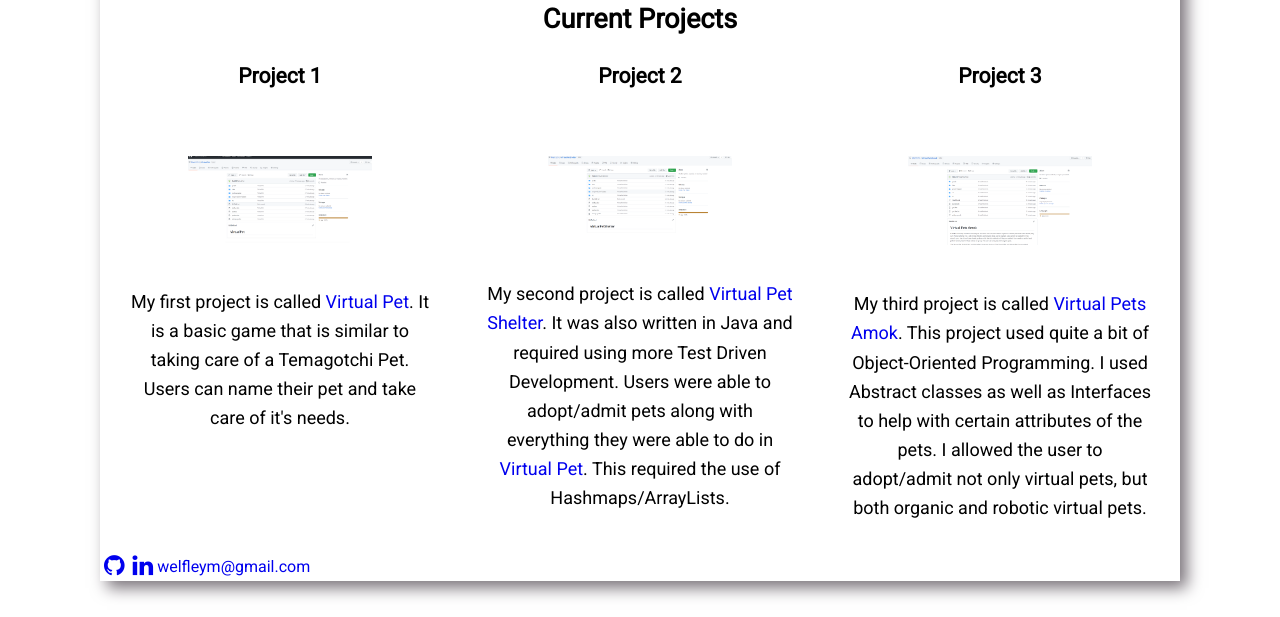
Repository: Matt1218/Matt1218.github.io
Page: index.html
The author's editor kept a copy of each file at every save. The page is drawn from the files as they stood at one save, then again after the next save.
The browser window is 1280 px wide. The pictures show the part of the page from y = 565 to 1192 px (the page is 1182 px tall before and 1192 px after).
A picture or video elsewhere on the page could not be fetched, so the positions and the page height are approximate.

Above is the page before, as saved 2022-03-21 15:13:35.

After the next save:
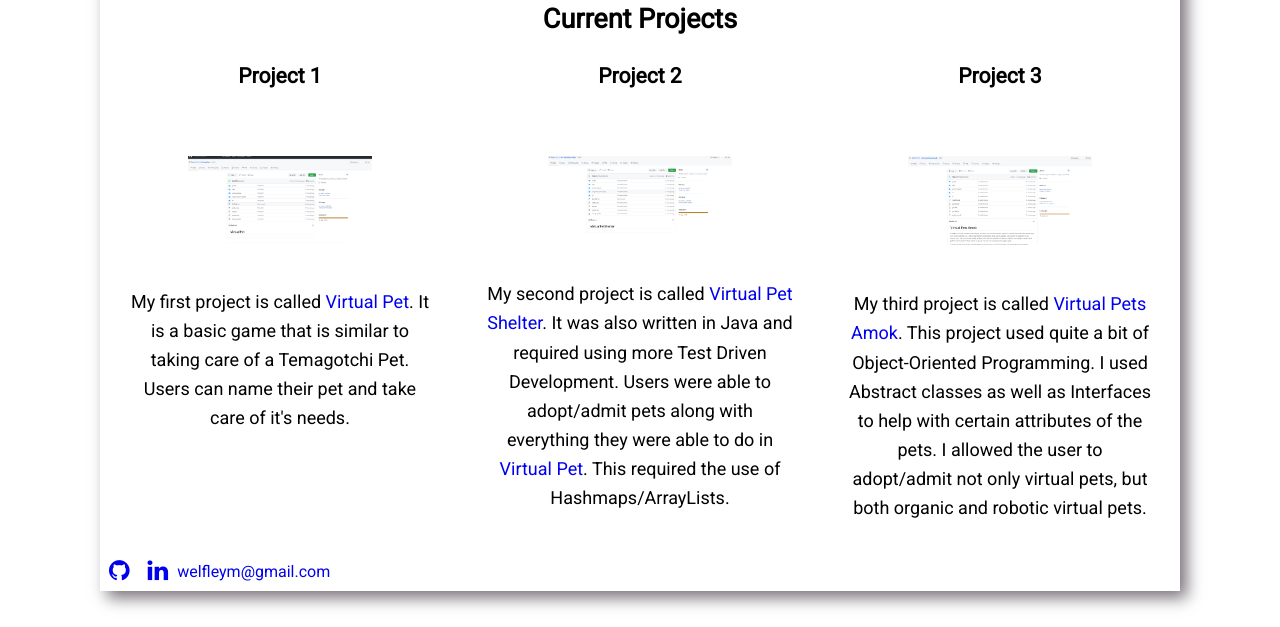
Saved 4 s later.
--- a/style.css
+++ b/style.css
@@ -119,7 +119,7 @@ a {
 #github, #linkedin {
     font-size: x-large;
     margin: 4px;
-    padding: ;
+    padding: 5px;
 }
 
 #email{
